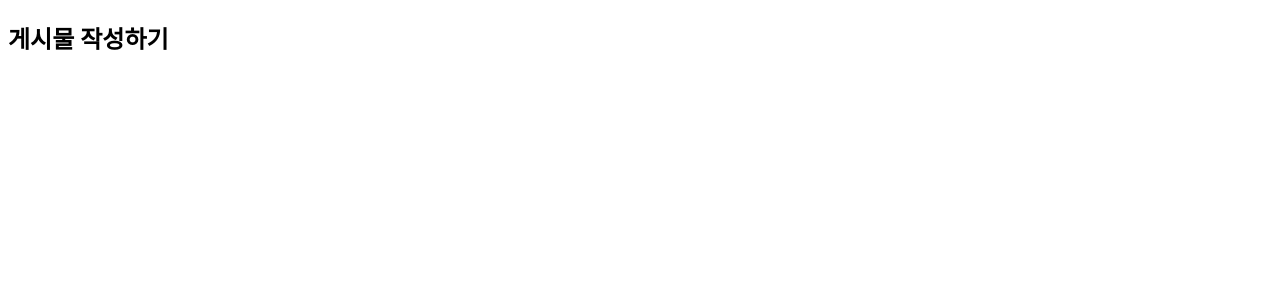
Repository: angwanghyeon/eclipse
Page: http://localhost/sec11/board/boardWrite.jsp
The author's editor kept a copy of each file at every save. The page is drawn from the files as they stood at one save, then again after the next save.
The browser window is 1280 px wide. The pictures show the whole page.
The page is served by Tomcat 9.

Above is the page before, as saved 2023-09-06 01:26:31.

After the next save:
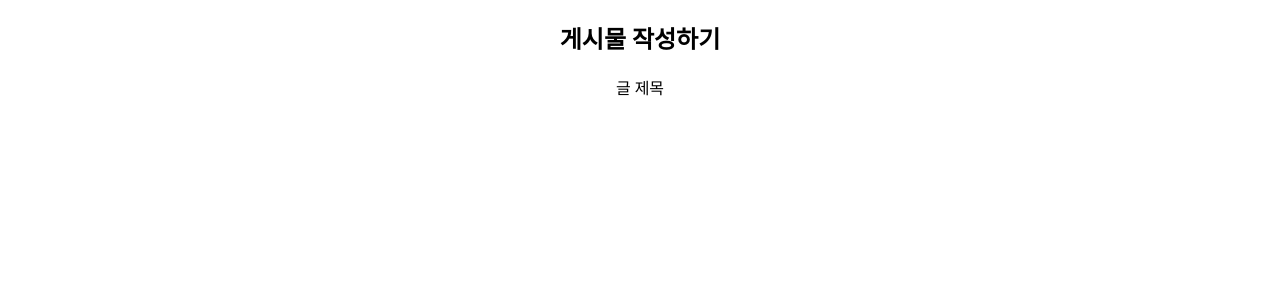
Saved 37 s later.
--- a/sec11/src/main/webapp/board/boardWrite.jsp
+++ b/sec11/src/main/webapp/board/boardWrite.jsp
@@ -7,8 +7,9 @@
 <title>게시물 작성하기</title>
 </head>
 <body>
+<div id="wrap" align="center">
 <h2>게시물 작성하기</h2>
-<div id="wrap" align="center">
+<label>글 제목</label>
 </div>
 </body>
 </html>
